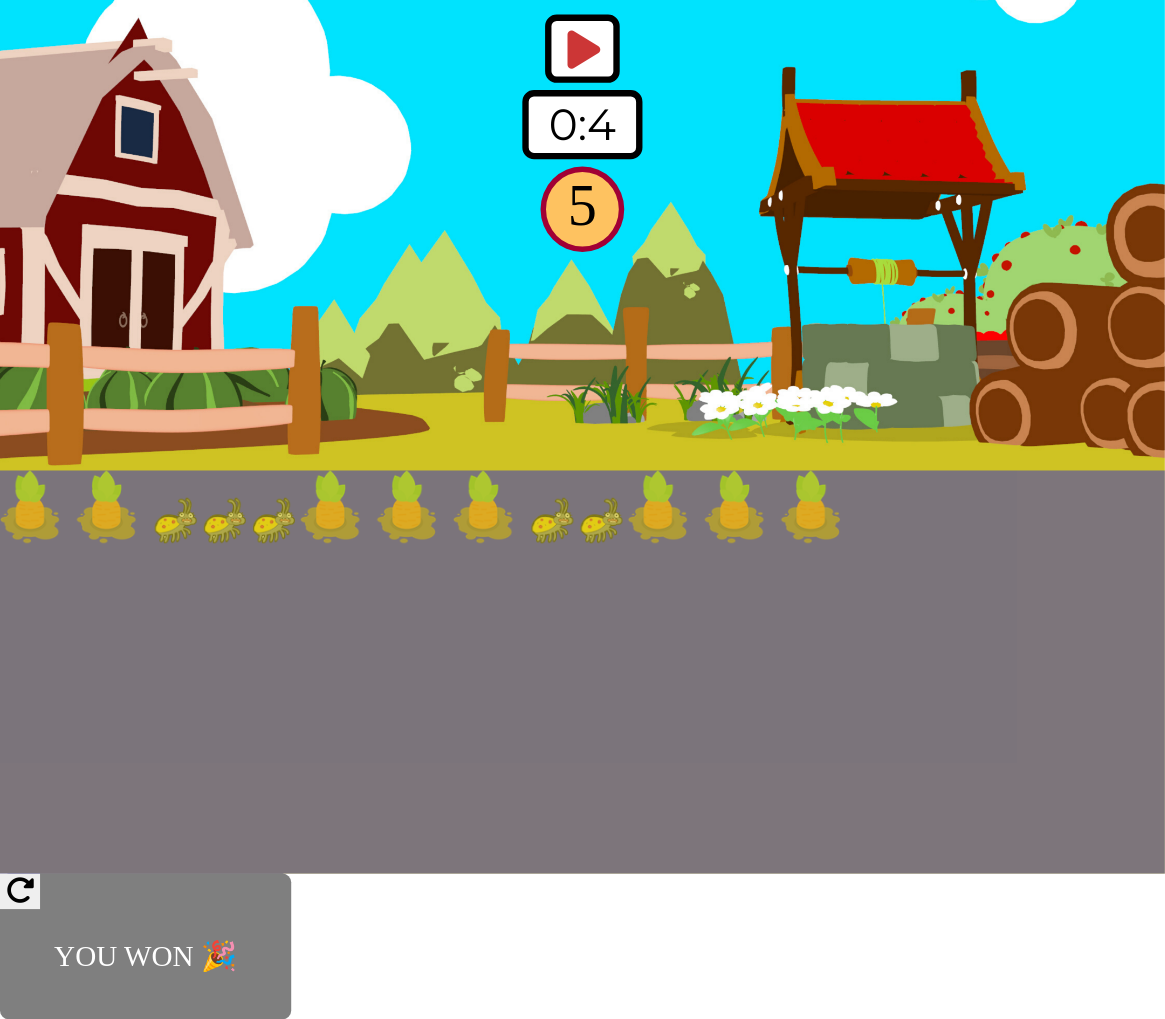
Repository: sephinejo/Mini-carrot-game
Page: index.html
These files come from the project's save history. The page is drawn as it stood at one moment and after the next save; the edit follows.
The browser window is 1280 px wide. The pictures show the whole page, at 91% of full size.
Some web fonts or font styles are not loaded; a fallback is used. Some web libraries are served in a nearby version.

Above is the page before, as saved 2023-05-15 09:18:02.

### index.html
<!DOCTYPE html>
<html lang="en">
  <head>
    <meta charset="UTF-8" />
    <meta http-equiv="X-UA-Compatible" content="IE=edge" />
    <meta name="viewport" content="width=device-width, initial-scale=1.0" />
    <title>Mini Carrot Game👩‍🌾🥕</title>
    <link rel="stylesheet" href="style.css" />
    <link rel="preconnect" href="https://fonts.googleapis.com" />
    <link rel="preconnect" href="https://fonts.gstatic.com" crossorigin />
    <link
      href="https://fonts.googleapis.com/css2?family=Alice&family=Lato:wght@400;700&family=Montserrat:wght@400;500;600;700&family=Raleway:wght@400;600;700;800&family=Ubuntu&display=swap"
      rel="stylesheet"
    />
    <script
      src="https://kit.fontawesome.com/9ac80604cb.js"
      crossorigin="anonymous"
    ></script>
    <script src="main.js" defer></script>
  </head>
  <body>
    <section class="container">
      <header class="info">
        <button class="info__play">
          <i class="fa-solid fa-play"></i>
        </button>
        <span class="info__timer">0:4</span>
        <span class="info__counter">5</span>
      </header>
      <div class="field">
        <img class="carrot" src="img/carrot.png" alt="carrot" />
        <img class="carrot" src="img/carrot.png" alt="carrot" />
        <img class="bug" src="img/bug.png" alt="bug" />
        <img class="bug" src="img/bug.png" alt="bug" />
        <img class="bug" src="img/bug.png" alt="bug" />
        <img class="carrot" src="img/carrot.png" alt="carrot" />
        <img class="carrot" src="img/carrot.png" alt="carrot" />
        <img class="carrot" src="img/carrot.png" alt="carrot" />
        <img class="bug" src="img/bug.png" alt="bug" />
        <img class="bug" src="img/bug.png" alt="bug" />
        <img class="carrot" src="img/carrot.png" alt="carrot" />
        <img class="carrot" src="img/carrot.png" alt="carrot" />
        <img class="carrot" src="img/carrot.png" alt="carrot" />
      </div>
    </section>
    <section class="pop-up">
      <button class="pop-up__replay">
        <i class="fa-sharp fa-solid fa-rotate-right"></i>
      </button>
      <p class="pop-up__message">YOU WON 🎉</p>
    </section>
  </body>
</html>

### style.css
* {
  box-sizing: border-box;
}

body {
  margin: auto;
}

.container {
  background: url('img/background.png') center/cover;
  height: 60rem;
  display: flex;
  flex-direction: column;
}

.info {
  display: flex;
  flex-direction: column;
  align-items: center;
  height: 30rem;
  padding: 1rem 0;
}

button {
  border: none;
  outline: none;
  cursor: pointer;
}

.info__play {
  font-size: 3rem;
  color: #cc3636;
  border: 0.45rem solid black;
  border-radius: 0.8rem;
  background-color: white;
  padding: 0.4rem 0.9rem 0rem 1.1rem;
  margin-bottom: 0.5rem;
}

.info__play:hover {
  transform: scale(1.1);
  transition: transform 200ms ease-in;
}

.info__timer {
  font-family: Montserrat;
  font-size: 3rem;
  border: 0.45rem solid black;
  border-radius: 0.8rem;
  background-color: white;
  padding: 0.1rem 1.4rem;
  margin-bottom: 0.5rem;
}

.info__counter {
  font-family: Alice;
  font-size: 4rem;
  border: 0.4rem solid #a10035;
  border-radius: 50%;
  background-color: #fec260;
  padding: 0 1.5rem 0.5rem;
}

.field {
  width: 100%;
  height: 100%;
  margin-top: 14rem;
  background-color: blue;
  opacity: 0.4;
}

.pop-up {
  width: 20rem;
  height: 10rem;
  background: rgba(0, 0, 0, 0.5);
  border-radius: 0.6rem;
  left: 41%;
}

.pop-up__replay {
  font-size: 2rem;
  outline: none;
}

.pop-up__message {
  font-family: Alice;
  font-size: 2rem;
  text-align: center;
  color: white;
}

Loaded but not shown: main.js (no copy from this time; the picture is the same without it)

After the next save:
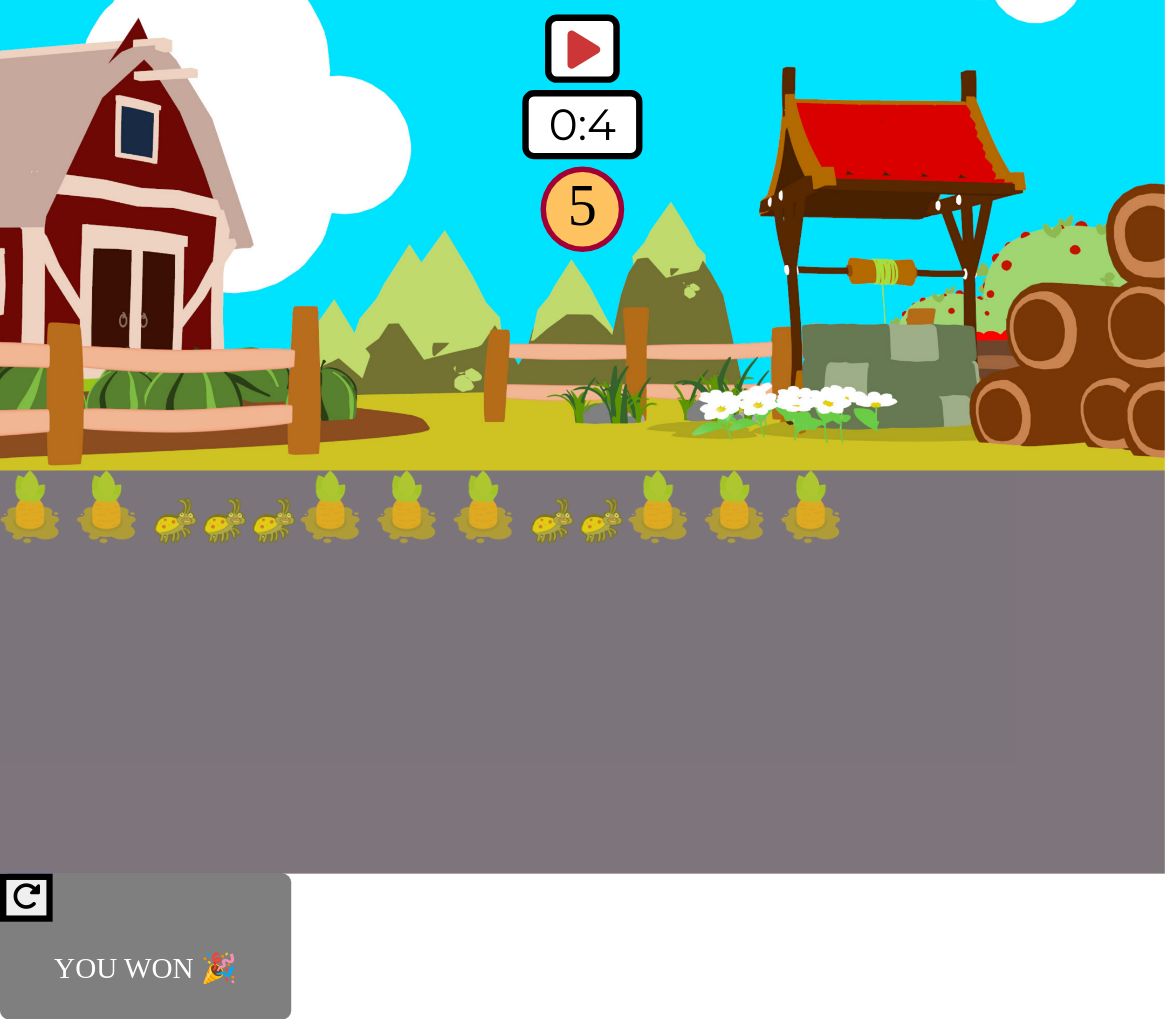
Saved 95 s later.
--- a/style.css
+++ b/style.css
@@ -79,7 +79,7 @@ button {
 
 .pop-up__replay {
   font-size: 2rem;
-  outline: none;
+  border: 0.45rem solid black;
 }
 
 .pop-up__message {
